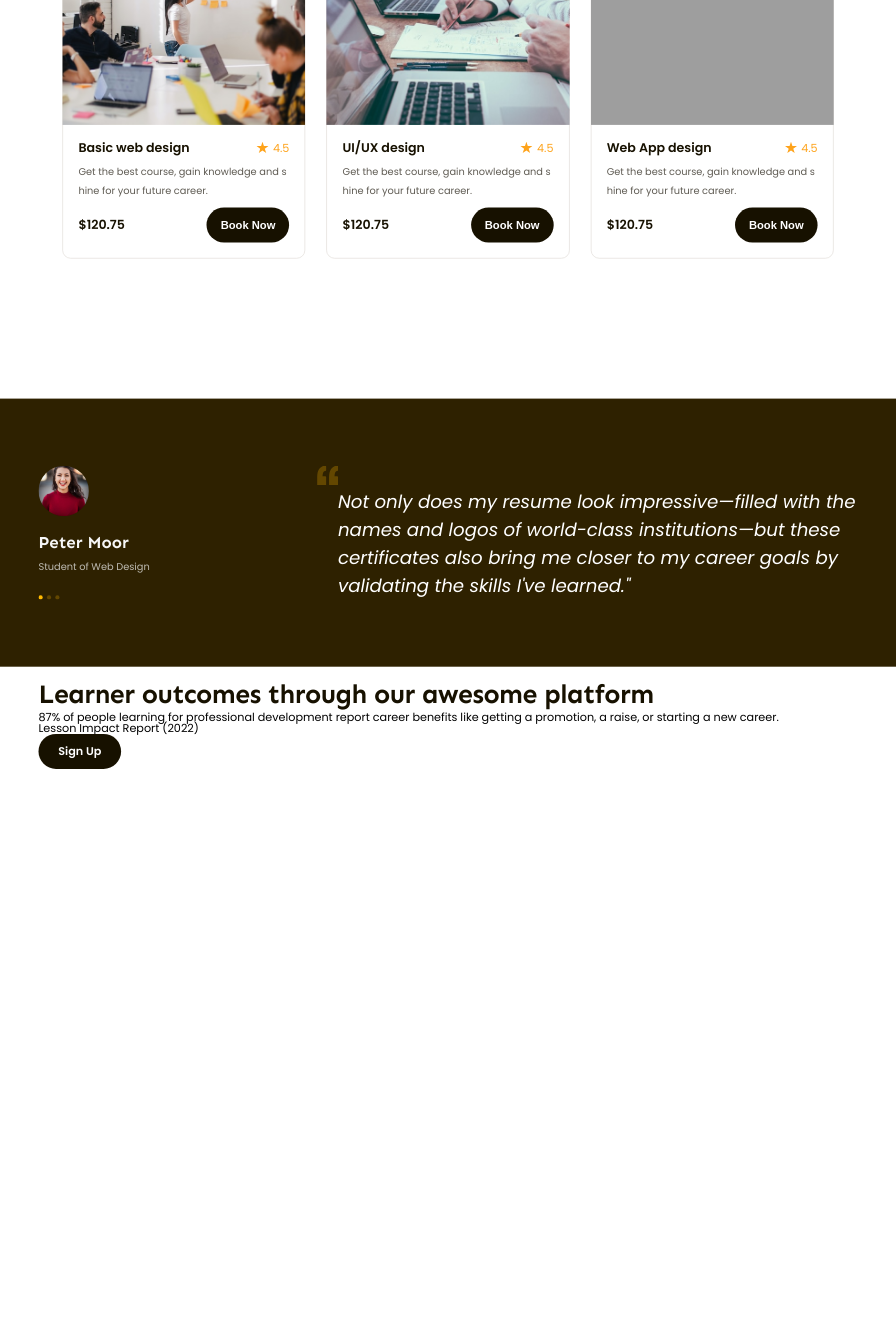
Repository: anhtien111198/f8-htmlcss-02
Page: index.html
An editor plug-in stored every save of this project. The page is shown before and after the next save, followed by the edit.
The browser window is 1280 px wide. The pictures show the part of the page from y = 1378 to 3298 px (the page is 5000 px tall), at 70% of full size.
Pictures or frames that could not be fetched are drawn as grey boxes. A picture or video elsewhere on the page could not be fetched, so the positions and the page height are approximate.

Above is the page before, as saved 2023-05-09 14:58:57.

After the next save:
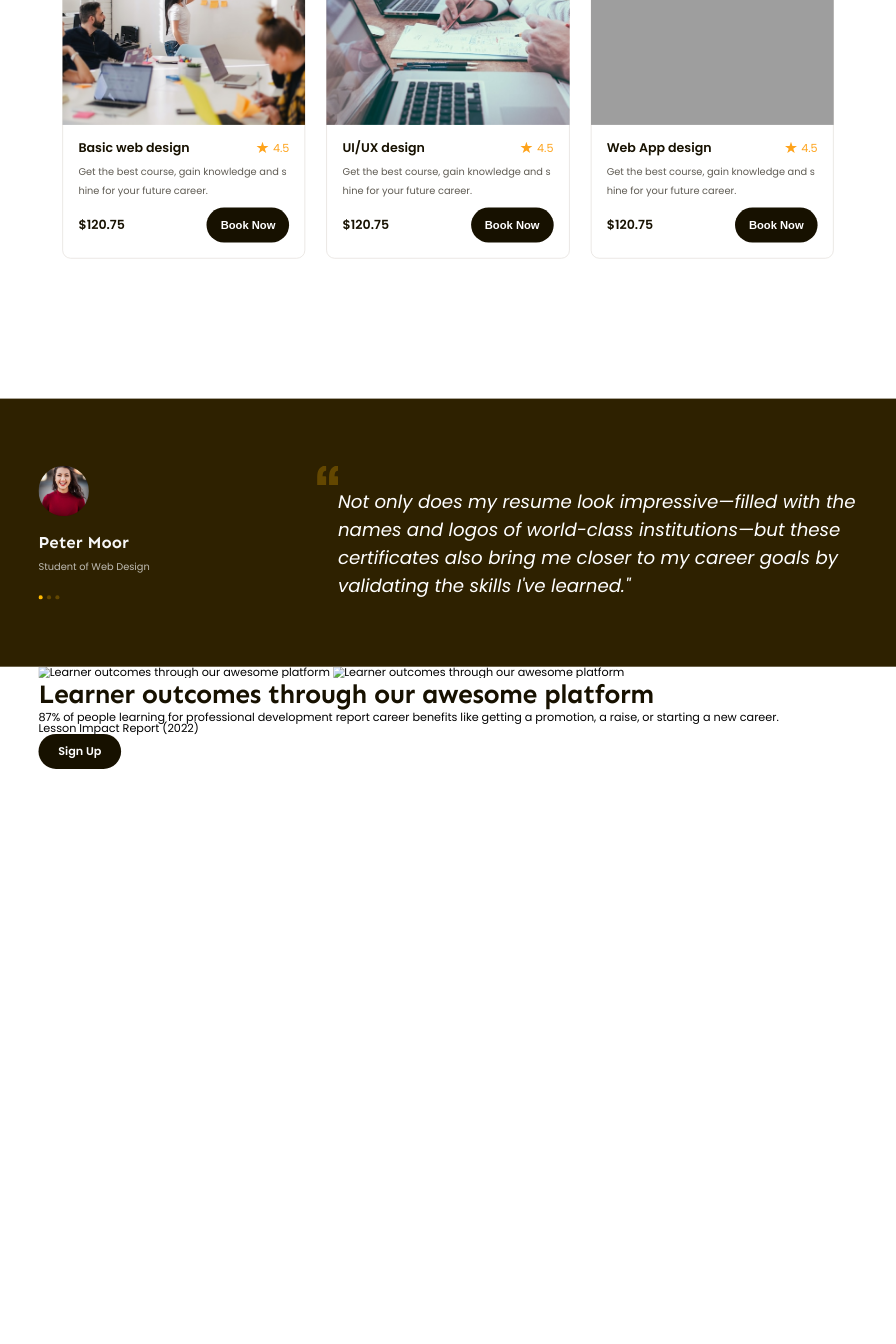
Saved 25 s later.
--- a/index.html
+++ b/index.html
@@ -409,8 +409,14 @@
                 <div class="main-content">
                     <div class="body">
                         <div class="images">
-                            <img src="" alt="" />
-                            <img src="" alt="" />
+                            <img
+                                src=""
+                                alt="Learner outcomes through our awesome platform"
+                            />
+                            <img
+                                src=""
+                                alt="Learner outcomes through our awesome platform"
+                            />
                         </div>
                     </div>
                     <div class="content">
@@ -423,7 +429,7 @@
                             raise, or starting a new career.
                         </p>
                         <p class="desc">Lesson Impact Report (2022)</p>
-                        <a href="" class="btn">Sign Up</a>
+                        <a href="#!" class="btn">Sign Up</a>
                     </div>
                 </div>
             </div>
